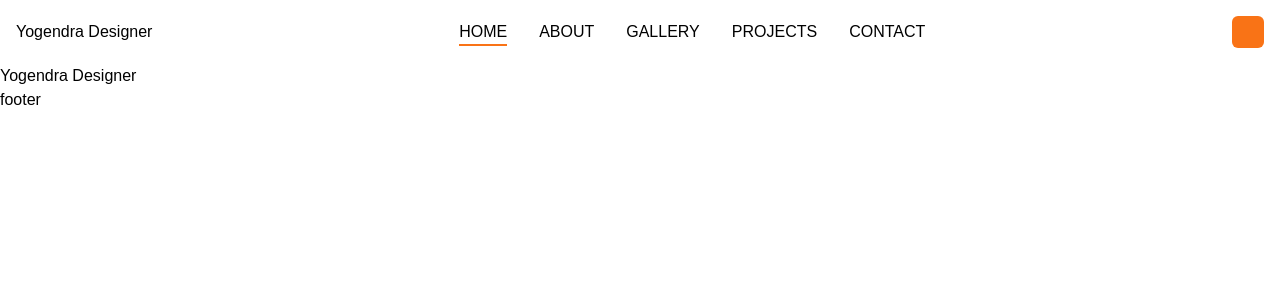
Repository: hitoutvrma/MB_designs-Interior-Designing-website
Page: /
An editor plug-in stored every save of this project. The page is shown before and after the next save, followed by the edit.
The browser window is 1280 px wide. The pictures show the whole page.
The project was rebuilt for these pictures with package versions that can differ from the ones it lists, and the page was loaded fresh each time. The framework's server and built-in components were replaced by stand-ins that run in the browser. Also part of the build but not shown: next.config.mjs.

Above is the page before, as saved 2024-09-13 12:35:32.

After the next save:
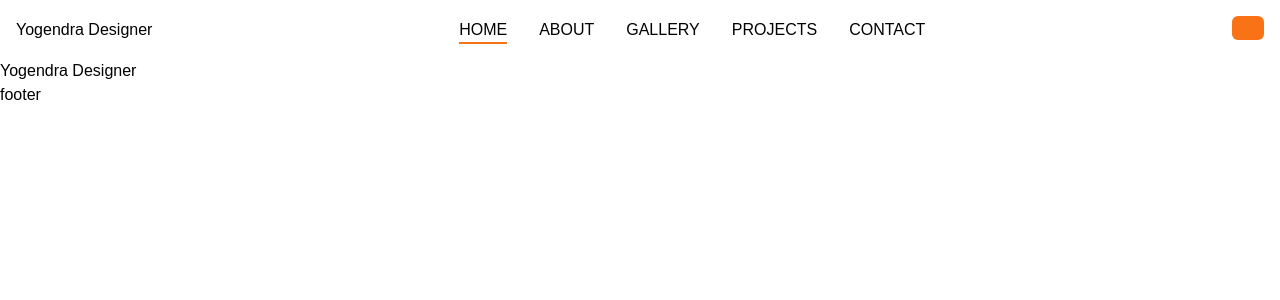
Saved 7 s later.
--- a/components/ThemeToggler.jsx
+++ b/components/ThemeToggler.jsx
@@ -7,7 +7,7 @@ const ThemeToggler = () => {
 
   return (
     <div>
-      <Button className='h-8 w-4' onClick={()=>setTheme(theme==='dark'?'light':'dark')}>
+      <Button className='h-6 w-4' onClick={()=>setTheme(theme==='dark'?'light':'dark')}>
         <SunIcon className="h-[1rem] w-[1.2rem] scale-100 rotate-0 transition-all dark:rotate-90 dark:scale-0"/>
         <MoonIcon className="w-[1rem] absolute scale-0 rotate-90 transition-all dark:rotate-0 dark:scale-100"/>
       </Button>
